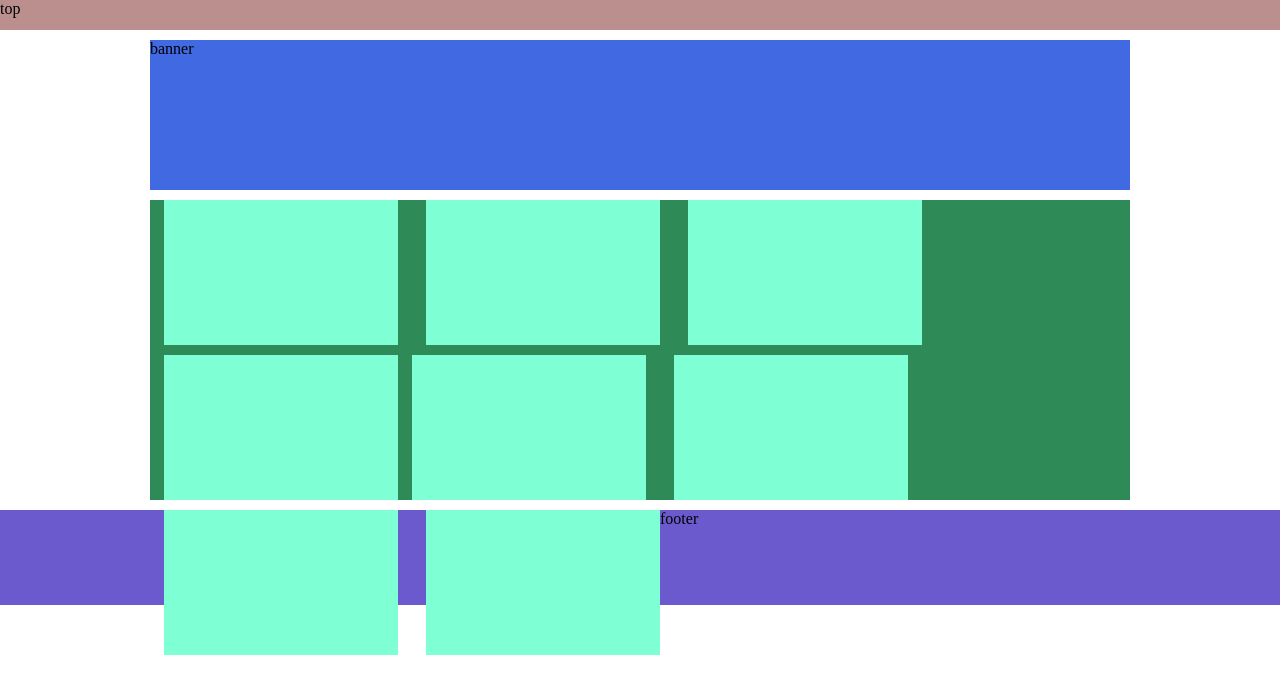
Repository: TheBestBadGuy0228/code
Page: 网页简单布局.案例.html
The author's editor kept a copy of each file at every save. The page is drawn from the files as they stood at one save, then again after the next save.
The browser window is 1280 px wide. The pictures show the whole page.

Above is the page before, as saved 2021-12-09 11:08:55.

After the next save:
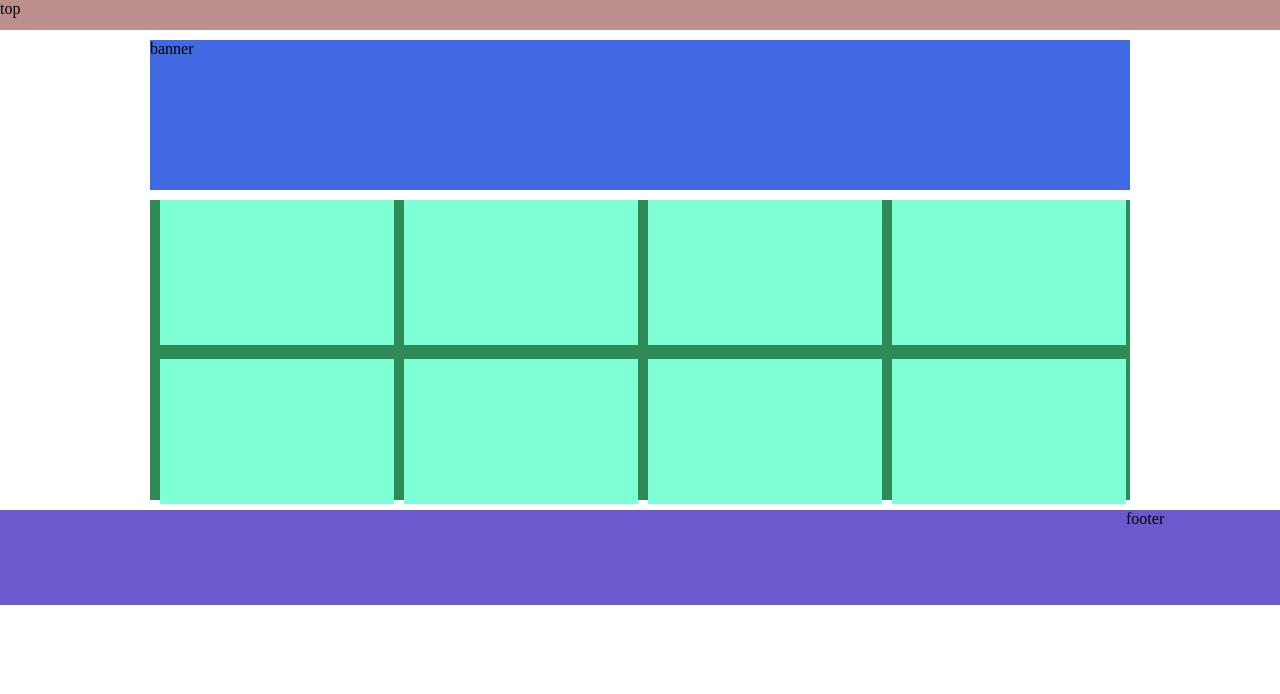
Saved 29 s later.
--- a/网页简单布局.案例.html
+++ b/网页简单布局.案例.html
@@ -54,7 +54,7 @@
             height: 145px;
             background-color: aquamarine;
             float: left;
-            margin: 0px 14px 10px;
+            margin: 0px 0px 14px 10px;
         }
 
         .topUl .last1 {
@@ -66,7 +66,7 @@
             height: 145px;
             background-color: aquamarine;
             float: left;
-            margin: 0px 14px 10px;
+            margin: 0px 0px 14px 10px;
         }
 
         .footerUl .last2 {
